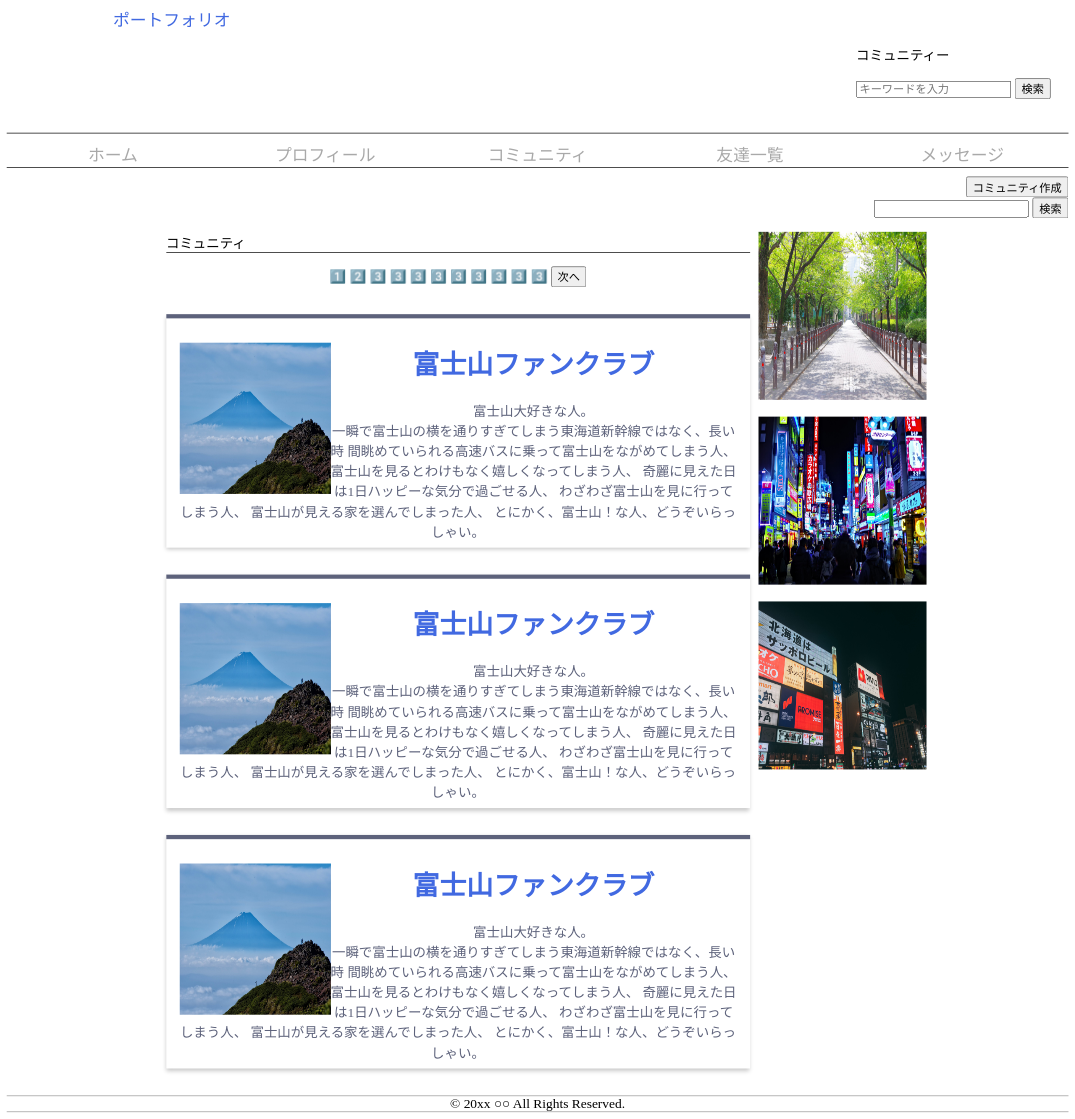
Repository: yuukiabc/samurai_PHP
Page: CM.html
The author's editor kept a record of every edit. The page is drawn from the files as they stood at one moment, then again after the next edit.
The browser window is 1280 px wide. The pictures show the whole page, at 84% of full size.

Above is the page before.

### CM.html
<!DOCTYPE html>
<html>
    <head><meta charset="UTF-8">
        <title>sns</title>
        <link rel="stylesheet"type="text/css"href="CM.css">
    </head>
    <body>

            <div class="f">
                <a href="HP.html">ポートフォリオ</a>
                <div class="e">
                    <p>コミュニティー</p>
                    <input type="search" name="search" placeholder="キーワードを入力">
                    <input type="submit" name="submit" value="検索">
                </div>
            </div>

            <div class="d">
                <ul>
                    <li><a href="HP.html">ホーム</a></li>
                    <li><a href="PF.html">プロフィール</a></li>
                    <li><a href="CM.html">コミュニティ</a></li>
                    <li><a href="Friends list.html">友達一覧</a></li>
                    <li><a href="message.html">メッセージ</a></li>
                </ul>
            </div>
            <div class="menu"></div>
            <div class="h">
                <div align='right' class="i">
                    <input type="submit" value="コミュニティ作成">
                    <form>
                        <input type="search" name="search">
                        <input type="submit" name="submit" value="検索">
                    </form>
                </div>
            <div class="c">
                <p class="border"align="left">コミュニティ</p>

                <p>
                    <a href="#">1️⃣ </a>
                    <a href="#">2️⃣ </a>
                    <a href="#">3️⃣ </a>
                    <a href="#">3️⃣ </a>
                    <a href="#">3️⃣ </a>
                    <a href="#">3️⃣ </a>
                    <a href="#">3️⃣ </a>
                    <a href="#">3️⃣ </a>
                    <a href="#">3️⃣ </a>
                    <a href="#">3️⃣ </a>
                    <a href="#">3️⃣ </a>
                    <input type="submit" value="次へ">
                </p>

            <div class="kakomi-box8">
                <a href="CMTP.html"><img src="1.jpg"alt="写真"width="180" height="180"align="left"></a>
                <a href="CMTP.html">
                <h1>富士山ファンクラブ</h1>
                </a>
                <p>
                    富士山大好きな人。<br>
                    一瞬で富士山の横を通りすぎてしまう東海道新幹線ではなく、長い時
                    間眺めていられる高速バスに乗って富士山をながめてしまう人、
                    富士山を見るとわけもなく嬉しくなってしまう人、
                    奇麗に見えた日は1日ハッピーな気分で過ごせる人、
                    わざわざ富士山を見に行ってしまう人、
                    富士山が見える家を選んでしまった人、
                    とにかく、富士山！な人、どうぞいらっしゃい。
                </p>
            </div>
            <div class="kakomi-box8">
                <a href="CMTP.html"><img src="1.jpg"alt="写真"width="180" height="180"align="left"></a>
                <a href="CMTP.html">
                    <h1>富士山ファンクラブ</h1>
                </a>
                <p>
                    富士山大好きな人。<br>
                    一瞬で富士山の横を通りすぎてしまう東海道新幹線ではなく、長い時
                    間眺めていられる高速バスに乗って富士山をながめてしまう人、
                    富士山を見るとわけもなく嬉しくなってしまう人、
                    奇麗に見えた日は1日ハッピーな気分で過ごせる人、
                    わざわざ富士山を見に行ってしまう人、
                    富士山が見える家を選んでしまった人、
                    とにかく、富士山！な人、どうぞいらっしゃい。
                </p>
            </div>
            <div class="kakomi-box8">
                <a href="CMTP.html"><img src="1.jpg"alt="写真"width="180" height="180"align="left"></a>
                <a href="CMTP.html">
                    <h1>富士山ファンクラブ</h1>
                </a>
                <p>
                    富士山大好きな人。<br>
                    一瞬で富士山の横を通りすぎてしまう東海道新幹線ではなく、長い時
                    間眺めていられる高速バスに乗って富士山をながめてしまう人、
                    富士山を見るとわけもなく嬉しくなってしまう人、
                    奇麗に見えた日は1日ハッピーな気分で過ごせる人、
                    わざわざ富士山を見に行ってしまう人、
                    富士山が見える家を選んでしまった人、
                    とにかく、富士山！な人、どうぞいらっしゃい。
                </p>
            </div>
            </div>
            <div class="a">
                <p>
                    <img src="8.jpg"alt="写真">
                </p>
                <p>
                    <img src="9.jpg"alt="写真">
                </p>
                <p>
                    <img src="10.jpg"alt="写真">
                </p>
            </div>
        </div>
        <div class="g">
            <p>&copy; 20xx ○○ All Rights Reserved.</p>
        </div>
    </body>
</html>

### CM.css
.border{
    border-bottom: 1px solid  #2b2b2b;
}
a {
    text-decoration: none;
}
.f a {
  margin-left: 10%;
  text-decoration: none;
  font-size: 20px;
  color: #4169e1;
}
.kakomi-box8 {
    padding: 0.5em 1em;
    margin: 2em 0;
    color: #5d627b;
    background: white;
    border-top: solid 5px #5d627b;
    box-shadow: 0 3px 5px rgba(0, 0, 0, 0.22);
}
.kakomi-box8 p {
    margin: 0;
    padding: 0;
}
.kakomi-box8 a{
    color: #4169e1;
}
.f{
    border-bottom: 1px solid #2b2b2b;
    height:150px;
}
.e{
    margin-left:80%;
}
.d{
    align-content: center;
    width: 100%;
    display: block;
    margin-left: auto;
    margin-right: auto;
    overflow: hidden;

}
.d ul{
    list-style-type:none;
    padding:0;
    margin:0;
}
.d ul li{
    float: left;
    text-align:center;
    width:20%;
}
.d ul li a{

    display:block;
    height:20px;
    padding:10px;
    text-decoration: none;
    color:#a9a9a9;
    font-size:20px;
    margin:0;
}
.d ul li a:hover{
    filter:drop-shadow(10px 10px 10px black);
}
.menu{
    border-top: 1px solid #2b2b2b;
}
.h{
    overflow: hidden;
}
.a{
    height:100%;
    width:15%;
    float:left;
    padding-left:10px;
    box-sizing: border-box;
}
.a img{
    height:200px;
    width:200px;
}
.g{
    border-top: 1px solid #a9a9a9;
    border-bottom: 1px solid #a9a9a9;
    text-align:center;
}
.g p{
    margin:0;
}
.c{
    height:100%;
    width:55%;
    float:left;
    text-align:center;
    padding-left:15%;
}
.i{
    padding-top:10px;
}
.c form{
    background-color:#faf0e6;
    padding-top:10px;
    padding-bottom:10px;
}

After the next edit:
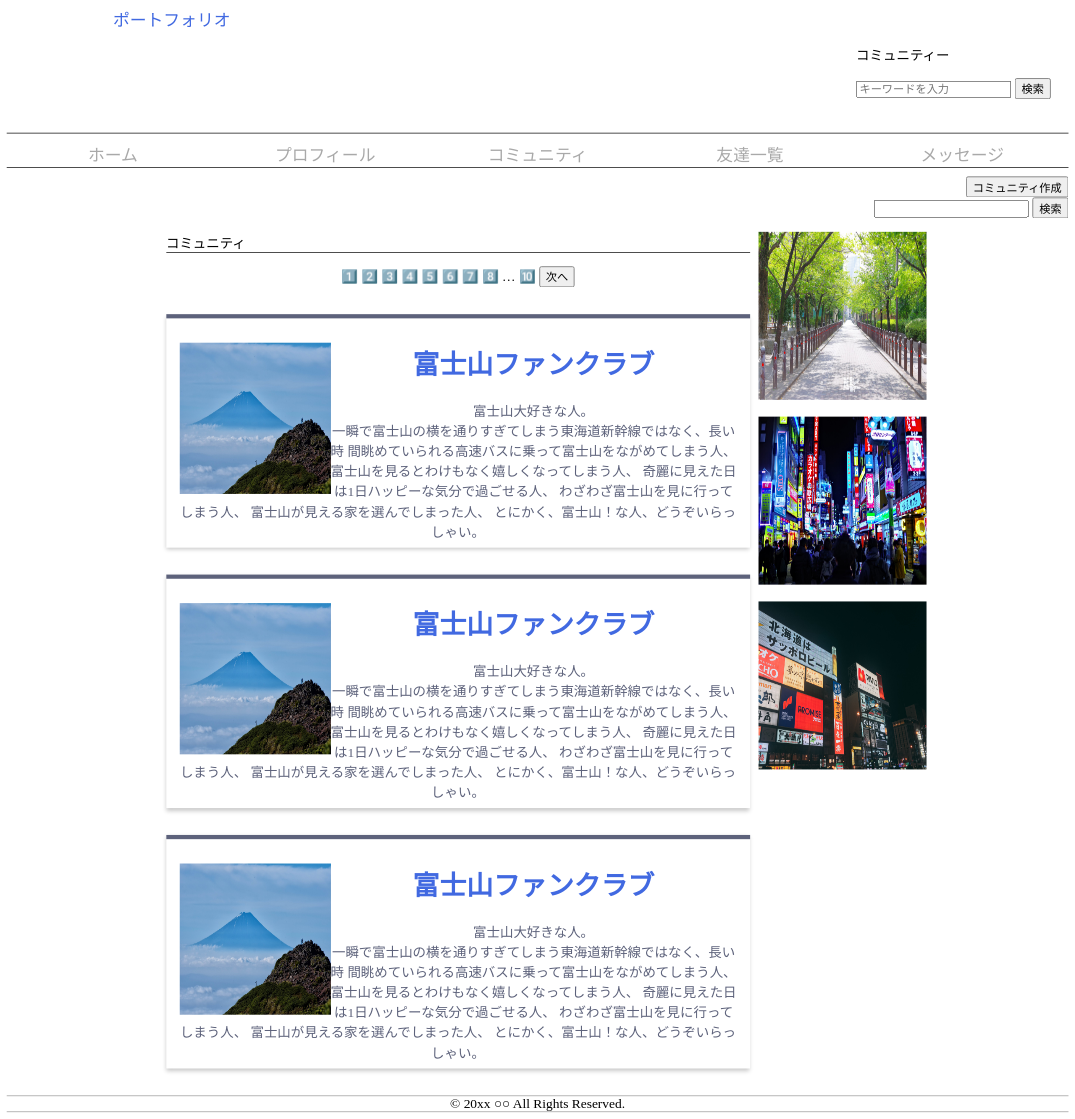
The edit:
--- a/CM.html
+++ b/CM.html
@@ -40,14 +40,12 @@
                     <a href="#">1️⃣ </a>
                     <a href="#">2️⃣ </a>
                     <a href="#">3️⃣ </a>
-                    <a href="#">3️⃣ </a>
-                    <a href="#">3️⃣ </a>
-                    <a href="#">3️⃣ </a>
-                    <a href="#">3️⃣ </a>
-                    <a href="#">3️⃣ </a>
-                    <a href="#">3️⃣ </a>
-                    <a href="#">3️⃣ </a>
-                    <a href="#">3️⃣ </a>
+                    <a href="#">4️⃣ </a>
+                    <a href="#">5️⃣ </a>
+                    <a href="#">6️⃣ </a>
+                    <a href="#">7️⃣ </a>
+                    <a href="#">8️⃣ </a>…
+                    <a href="#">🔟 </a>
                     <input type="submit" value="次へ">
                 </p>
 
